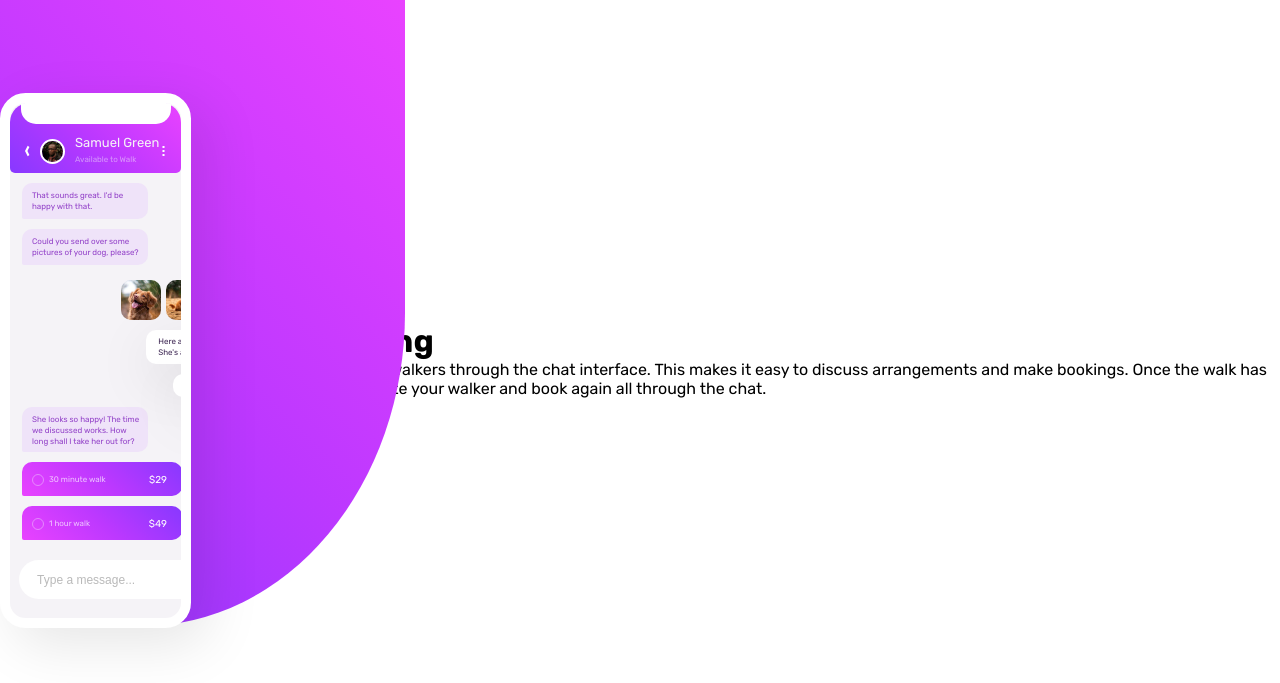
Repository: KamoliddinGIT/chat-app-css-illustration
Page: index.html
An editor plug-in stored every save of this project. The page is shown before and after the next save, followed by the edit.
The browser window is 1280 px wide. The pictures show the whole page.

Above is the page before, as saved 2023-09-25 19:55:55.

### index.html
<!DOCTYPE html>
<html lang="en">
  <head>
    <meta charset="UTF-8" />
    <meta http-equiv="X-UA-Compatible" content="IE=edge" />
    <meta name="viewport" content="width=device-width, initial-scale=1.0" />
    <link
      rel="icon"
      type="image/png"
      sizes="32x32"
      href="./images/favicon-32x32.png"
    />
    <link
      href="https://fonts.googleapis.com/css2?family=Rubik:wght@400;500;700&display=swap"
      rel="stylesheet"
    />
    <link rel="stylesheet" href="./css/style.css" />
    <title>Chat App CSS Illustration</title>
  </head>
  <body>
    <div class="container">
      <div class="bg"></div>
      <div class="card">
        <div class="header">
          <div class="cam"></div>
          <div class="header_contents">
            <div class="header-left-side">
              <img
                src="./images/arrow.svg"
                alt="left_arrow"
                class="back_icon"
              />
              <img class="avatar" src="./images/avatar.jpg" alt="avatar" />
              <h2>
                Samuel Green <br />
                <span>Available to Walk </span>
              </h2>
            </div>
            <img src="./images/menu.svg" alt="menu" class="menu" />
          </div>
        </div>
        <div class="card-messages">
          <div class="receive-message">
            That sounds great. I'd be happy with that.
          </div>
          <div class="receive-message">
            Could you send over some pictures of your dog, please?
          </div>
          <div class="sent-photo">
            <img src="./images/dog-image-1.jpg" alt="dog1" />
            <img src="./images/dog-image-2.jpg" alt="dog2" />
            <img src="./images/dog-image-3.jpg" alt="dog3" />
          </div>
          <div class="sent-msg">
            Here are a few pictures. She's a happy girl!
          </div>
          <div class="next-msg">Can you make it?</div>
          <div class="receive-message">
            She looks so happy! The time we discussed works. How long shall I
            take her out for?
          </div>
          <div class="receive-price">
            <div class="circle"></div>
            <span class="times">30 minute walk </span>
            <div class="price">$29</div>
          </div>
          <div class="receive-price">
            <div class="circle"></div>
            <span class="times">1 hour walk </span>
            <div class="price">$49</div>
          </div>
          <input
            type="text"
            placeholder="Type a message..."
            class="input-msg"
          />
        </div>
      </div>
      <div class="right-side">
        <h1>Simple booking</h1>
        <p>
          Stay in touch with our dog walkers through the chat interface. This
          makes it easy to discuss arrangements and make bookings. Once the walk
          has been completed you can rate your walker and book again all through
          the chat.
        </p>
      </div>
    </div>
  </body>
</html>

### css/style.css
* {
  margin: 0;
  padding: 0;
  box-sizing: border-box;
}

.container {
  width: 100%;
  height: 100vh;
  display: flex;
  justify-content: center;
  align-items: center;
  background-color: white;
  font-family: "Rubik", sans-serif;
}

.bg {
  width: 525px;
  height: 87%;
  left: -120px;
  top: 0;
  position: absolute;
  background-image: linear-gradient(
    45deg,
    hsl(264deg 100% 61%) 0%,
    hsl(280deg 100% 61%) 50%,
    hsl(293deg 100% 63%) 100%
  );
  border-radius: 0 0 50% 50%;
}

.card {
  z-index: 99;
  width: 280px;
  height: 535px;
  border-radius: 1.6rem;
  background-color: hsl(270, 20%, 96%);
  border: 10px solid white;
  box-shadow: 1rem 1rem 3.5rem rgba(0, 0, 0, 0.1);
  overflow: hidden;
}

.header {
  display: flex;
  justify-content: center;
  align-items: center;
  color: white;
  position: relative;
  width: 100%;
  height: 70px;
  border-radius: 1.2rem 1.2rem 5px 5px;
  display: flex;
  flex-direction: column;
  align-items: center;
  background-image: linear-gradient(
    45deg,
    hsl(264deg 100% 61%) 0%,
    hsl(280deg 100% 61%) 50%,
    hsl(293deg 100% 63%) 100%
  );
}

.cam {
  width: 150px;
  height: 22px;
  top: 0;
  background-color: white;
  border-radius: 0 0 15px 15px;
  position: absolute;
  margin: -1px auto 0 auto;
}

.back_icon {
  width: 5px;
  height: 18px;
  cursor: pointer;
}

.header_contents {
  margin-top: 27px;
  width: 100%;
  height: 15px;
  display: flex;
  align-items: center;
  justify-content: space-between;
  padding: 15px;
}

.header-left-side {
  width: 164px;
  height: 29px;
  display: flex;
  align-items: center;
  gap: 10px;
}

.avatar {
  width: 25px;
  height: 25px;
  object-fit: fill;
  border-radius: 50%;
  border: 2px solid white;
}

.header-left-side h2 {
  font-size: 13px;
  font-weight: 400;
  padding-bottom: 3px;
  color: hsl(270, 20%, 96%);
}

.header-left-side h2 span {
  font-size: 8px;
  font-weight: 400;
  opacity: 0.5;
  color: hsl(270, 20%, 96%);
}

.menu {
  cursor: pointer;
  width: 5px;
}

.card-messages {
  display: flex;
  flex-direction: column;
  width: 260px;
  height: 446px;
}

.receive-message {
  width: 126px;
  min-height: 36px;
  background-color: hsla(276, 100%, 81%, 0.2);
  padding: 7px 5px 7px 10px;
  border-radius: 10px 10px 10px 2px;
  margin: 10px 0 0 12px;
  font-size: 8px;
  line-height: 11px;
  color: hsl(276, 55%, 52%);
}

.sent-photo {
  margin: 15px 12px 0 auto;
  width: 142px;
  height: 44px;
  display: flex;
  align-items: center;
}

.sent-photo img {
  width: 40px;
  height: 40px;
  border-radius: 10px;
  object-fit: fill;
  margin-inline-start: 5px;
}

.sent-msg {
  width: 133px;
  height: 34px;
  background-color: white;
  padding: 6px 10px 6px 12px;
  border-radius: 10px 10px 2px 10px;
  box-shadow: 0 1rem 3.5rem rgba(0, 0, 0, 0.1);
  margin: 10px 12px 0 auto;
  font-size: 8px;
  color: hsl(271, 36%, 24%);
  max-width: 22ch;
  line-height: 11px;
}

.next-msg {
  width: 85px;
  height: 23px;
  background-color: white;
  width: fit-content;
  padding: 6px 10px 6px 12px;
  border-radius: 10px 10px 2px 10px;
  box-shadow: 0 1rem 3.5rem rgba(0, 0, 0, 0.1);
  margin: 10px 12px 0 auto;
  font-size: 8px;
  color: hsl(271, 36%, 24%);
  max-width: 22ch;
  line-height: 11px;
}

.receive-price {
  width: 160px;
  height: 34px;
  display: inline-flex;
  align-items: center;
  gap: 5px;
  background-color: hsla(276, 100%, 81%, 0.2);
  width: 160px;
  padding: 12px 15px 10px 10px;
  border-radius: 10px 10px 10px 2px;
  margin: 10px 0 0 12px;
  color: white;
  background-image: linear-gradient(
    45deg,
    hsl(293deg 100% 63%) 0%,
    hsl(280deg 100% 61%) 50%,
    hsl(264deg 100% 61%) 100%
  );
}

.circle {
  width: 12px;
  height: 12px;
  border: 1px solid hsl(270, 20%, 96%);
  border-radius: 50%;
  opacity: 0.4;
}

.times {
  font-size: 8px;
  opacity: 0.7;
}

.price {
  font-size: 10px;
  margin-left: auto;
}

.input-msg {
  width: 93%;
  border: none;
  padding: 12px 40px 12px 18px;
  border-radius: 1.5rem;
  outline: none;
  font-weight: 500;
  color: hsl(271, 36%, 24%);
  margin: 20px auto;
  background-image: url("../images/send-icon.svg");
  background-repeat: no-repeat;
  background-position: 210px;
  background-size: 24px 24px;
}

::placeholder {
  font-size: 12px;
  opacity: 0.5;
}

After the next save:
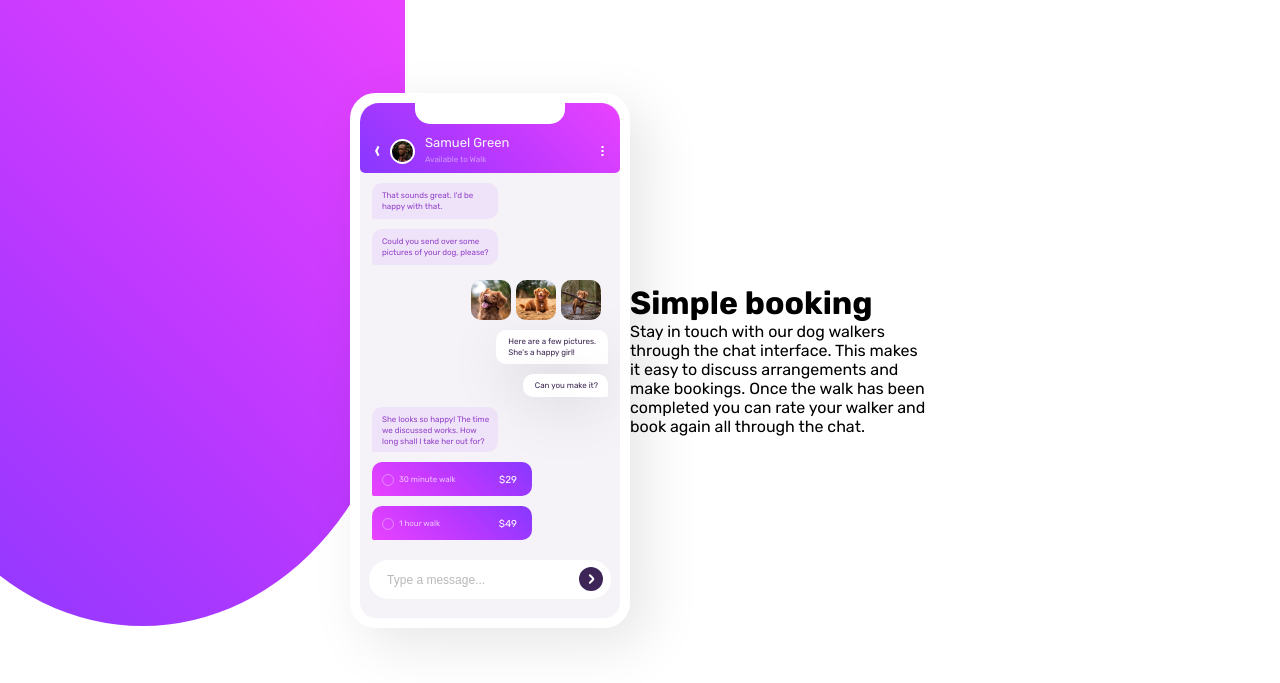
Saved 20 s later.
--- a/css/style.css
+++ b/css/style.css
@@ -242,3 +242,7 @@
   font-size: 12px;
   opacity: 0.5;
 }
+
+.right-side {
+  width: 300px;
+}
